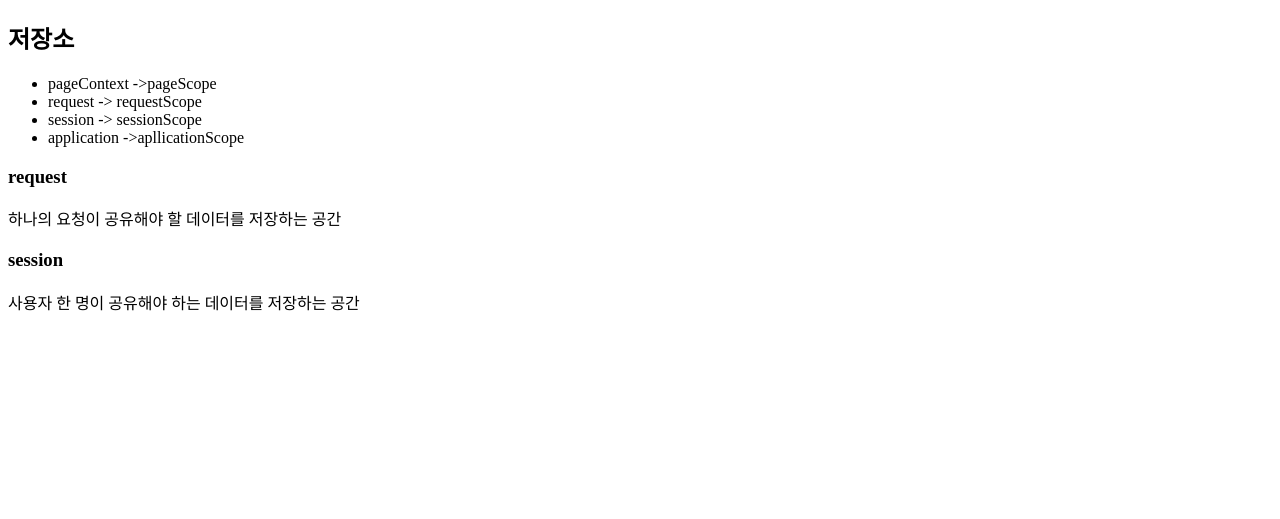
Repository: nobley3/EclipseIDE
Page: http://localhost/ELprj0908/el2
These files come from the project's save history. The page is drawn as it stood at one moment and after the next save; the edit follows.
The browser window is 1280 px wide. The pictures show the whole page.
The page is served by Tomcat 9. Other server files are loaded and not shown.

Above is the page before, as saved 2023-09-08 01:20:08.

### ELprj0908/src/main/webapp/WEB-INF/views/el2.jsp
<%@ page language="java" contentType="text/html; charset=UTF-8"
    pageEncoding="UTF-8"%>
<!DOCTYPE html>
<html>
<head>
<meta charset="UTF-8">
<title>Insert title here</title>
</head>
<body>
<h2>저장소</h2>
<ul>
<li>pageContext ->pageScope</li> <!-- set Attribute 이후 -->
<li>request -> requestScope</li>
<li>session -> sessionScope</li>
<li>application ->apllicationScope</li>
</ul>

<h3>request</h3>
<p>하나의 요청이 공유해야 할 데이터를 저장하는 공간</p>

<h3>session</h3>
<p>사용자 한 명이 공유해야 하는 데이터를 저장하는 공간</p>
</body>
</html>

### ELprj0908/src/main/java/elprj/EL2.java
package elprj;

import java.io.IOException;

import javax.servlet.ServletException;
import javax.servlet.annotation.WebServlet;
import javax.servlet.http.HttpServlet;
import javax.servlet.http.HttpServletRequest;
import javax.servlet.http.HttpServletResponse;

@WebServlet("/el2")
public class EL2 extends HttpServlet {
	@Override
	protected void doGet(HttpServletRequest req, HttpServletResponse resp) throws ServletException, IOException {


		req.getRequestDispatcher("WEB-INF/views/el2.jsp").forward(req, resp);
	}
}

After the next save:
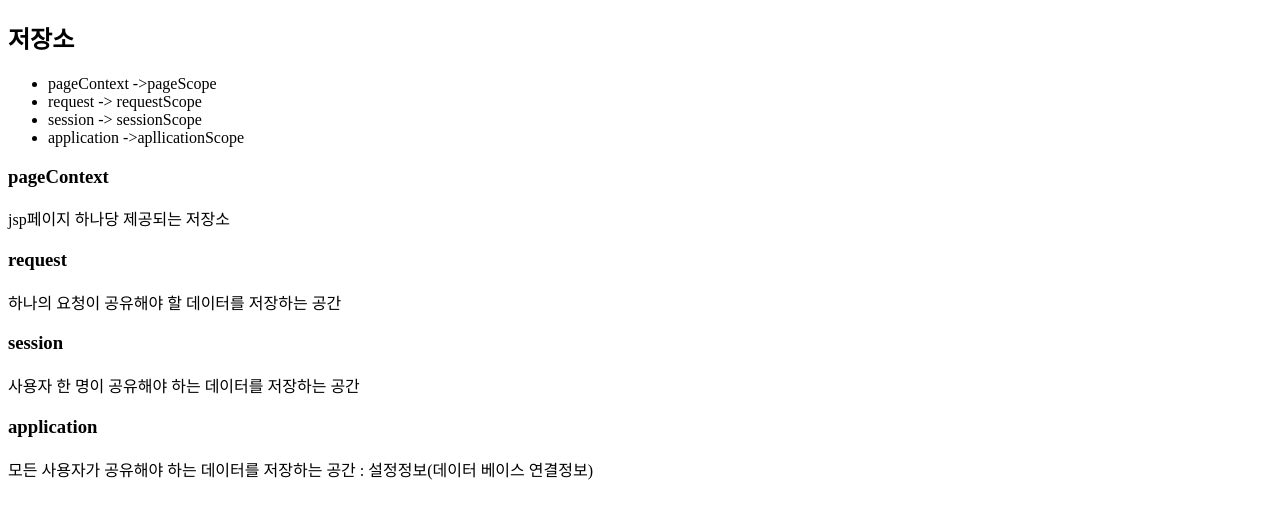
Saved 2 min 18 s later.
--- a/ELprj0908/src/main/webapp/WEB-INF/views/el2.jsp
+++ b/ELprj0908/src/main/webapp/WEB-INF/views/el2.jsp
@@ -15,10 +15,18 @@
 <li>application ->apllicationScope</li>
 </ul>
 
+<h3>pageContext</h3>
+<p>jsp페이지 하나당 제공되는 저장소</p>
+
 <h3>request</h3>
 <p>하나의 요청이 공유해야 할 데이터를 저장하는 공간</p>
 
 <h3>session</h3>
 <p>사용자 한 명이 공유해야 하는 데이터를 저장하는 공간</p>
+
+<h3>application</h3>
+<p>모든 사용자가 공유해야 하는 데이터를 저장하는 공간 : 설정정보(데이터 베이스 연결정보)</p>
+
+
 </body>
 </html>
